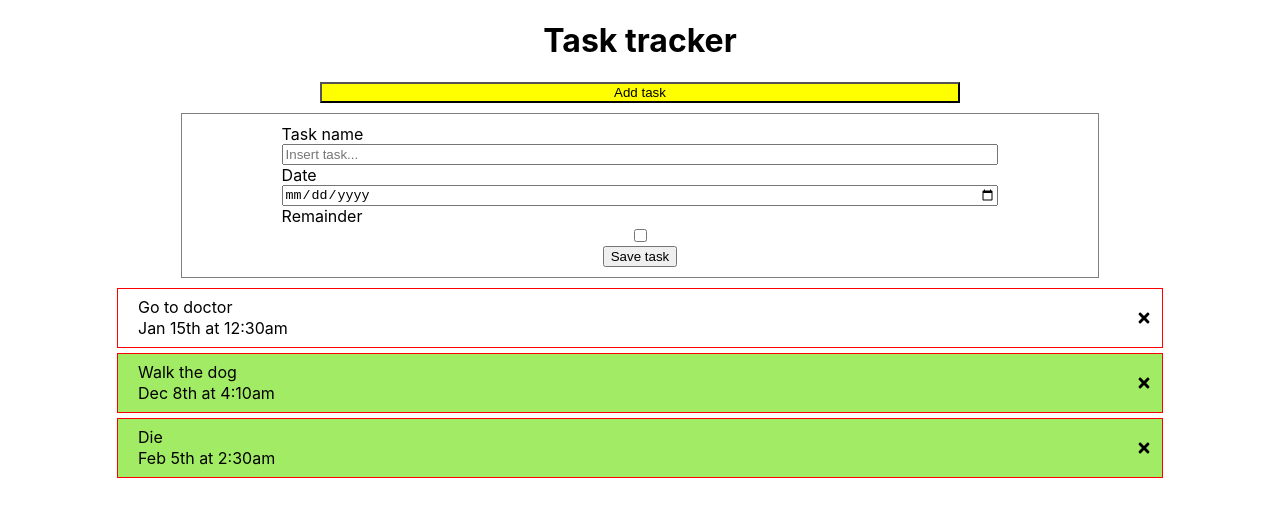
Repository: roscaImarius/task-tracker-react
Page: /
The author's editor kept a copy of each file at every save. The page is drawn from the files as they stood at one save, then again after the next save.
The browser window is 1280 px wide. The pictures show the whole page.
The project was rebuilt for these pictures with package versions that can differ from the ones it lists, and the page was loaded fresh each time.

Above is the page before, as saved 2021-03-31 12:18:44.

### src/App.js
import "./App.css";
import Header from "./components/Header";
import React, { useState } from "react";

function App() {
  const [showAdd, setShowAdd] = useState(false);
  const [tasks, setTasks] = useState([
    {
      id: 1,
      text: "Go to doctor",
      day: "Jan 15th at 12:30am",
      reminder: false,
    },
    {
      id: 2,
      text: "Walk the dog",
      day: "Dec 8th at 4:10am",
      reminder: true,
    },
    {
      id: 3,
      text: "Die",
      day: "Feb 5th at 2:30am",
      reminder: true,
    },
  ]);

  // show add form
  const onClickAdd = () => {
    setShowAdd(true);
  };

  // add task
  const onSaveTask = (task) => {
    let randId = new Date().getTime();
    const newTask = { id: randId, ...task };
    console.log(newTask);
    setTasks([...tasks, newTask]);
  };

  //delete task
  const onDelete = (id) => {
    setTasks(tasks.filter((t) => t.id !== id));
  };
  // Mark task
  const onDubleClick = (id) => {
    setTasks(
      tasks.map((task) =>
        task.id === id ? { ...task, reminder: !task.reminder } : task
      )
    );
  };
  return (
    <div className="App">
      <Header
        showAdd={showAdd}
        setShowAdd={setShowAdd}
        title={"Task tracker"}
        onDelete={onDelete}
        onSaveTask={onSaveTask}
        onClickAdd={onClickAdd}
        onDubleClick={onDubleClick}
        tasks={tasks}
      />
      {tasks.length === 0 ? <p>No tasks to show</p> : null}
    </div>
  );
}

export default App;

### src/App.css
.App {
  text-align: center;
}

/* HEADER */
.header-container{
  display: flex;
  flex-direction: column;
}
.add-btn{
  margin: auto;
  width: 50%;
}
.task {
  display: flex;
  justify-content: space-between;
  padding-left: 20px;
  margin: auto;
line-height: 5px;
margin-bottom: 5px;
border: 1px solid red;
width: 80%;
text-align: start;
}
.x{
  margin-right: 10px;
  margin: auto 5px;
  cursor: pointer;
  padding: 5px;
}
.marked{
  background-color: rgb(161, 236, 100);
}
/* FORM */
.form-field{
  margin: 0 auto;
  display: flex;
  flex-direction: column;
  text-align: start;
  width: 80%;
  box-sizing: border-box;
}
.form-container{
  margin: auto;
  width: 70%;
  display: inline-block;
  padding: 10px;
  border: 1px solid gray;
  margin-bottom: 10px;
}

### src/components/Header.js
import React, { useState } from "react";
import PropTypes from "prop-types";
import Tasks from "./Tasks";
import Button from "./Button";
import AddTask from "./AddTask";

const Header = ({
  title,
  onClickAdd,
  onDelete,
  onSaveTask,
  onDubleClick,
  tasks,
}) => {
  return (
    <header className="header-container">
      <h1>{title}</h1>
      <Button onClick={onClickAdd} color="yellow" />

      <AddTask onSaveTask={onSaveTask} />
      <Tasks onDelete={onDelete} onDubleClick={onDubleClick} tasks={tasks} />
    </header>
  );
};

Header.defaultProps = {
  title: "Task tracker",
};

Header.propTypes = {
  title: PropTypes.string.isRequired,
};

export default Header;

### src/components/Tasks.js
import React from "react";
import Task from "./Task";

const Tasks = ({ tasks, onDubleClick, onDelete }) => {
  return (
    <div>
      {tasks.map((t) => (
        <Task
          key={t.id}
          onDubleClick={onDubleClick}
          onDelete={onDelete}
          t={t}
        />
      ))}
    </div>
  );
};

export default Tasks;

### src/components/Button.js
import React from 'react'

const Button = ({color, onClick}) => {
    return <button
    onClick={onClick}
     style={{backgroundColor : color, marginBottom: "10px"}}
     className="add-btn"
     >Add task</button>
}
Button.defaultProps ={
    color : 'blue',

}

export default Button

### src/components/AddTask.js
import React, { useState } from "react";

const AddTask = ({ onSaveTask }) => {
  const [text, setText] = useState("");
  const [date, setDate] = useState("");
  const [remainder, setRemainder] = useState(false);
  const [textAdded, setTextAdded] = useState(true);

  const onSubmit = (e) => {
    e.preventDefault();
    if (!text) {
      setTextAdded(false);
      return;
    }

    onSaveTask({ text, date, remainder });

    setText("");
    setDate("");
    setRemainder(false);
  };

  console.log(text, date, remainder);
  return (
    <form className="form-container" onSubmit={onSubmit}>
      <div className="form-field">
        <label htmlFor="text">Task name</label>
        <input
          type="text"
          value={text}
          id="text"
          placeholder="Insert task..."
          onChange={(e) => {
            setTextAdded(true);
            setText(e.target.value);
          }}
        />
        {!textAdded ? <p>* Required!</p> : ""}
      </div>
      <div className="form-field">
        <label htmlFor="date">Date</label>
        <input
          type="date"
          id="date"
          value={date}
          onChange={(e) => setDate(e.target.value)}
        />
      </div>
      <div className="form-field">
        <label htmlFor="remainder">Remainder</label>
        <input
          type="checkbox"
          id="remainder"
          checked={remainder}
          onChange={(e) => setRemainder(e.currentTarget.checked)}
        />
      </div>
      <input type="submit" value="Save task" />
    </form>
  );
};

export default AddTask;

### src/components/Task.js
import React from "react";
import { FaTimes } from "react-icons/fa";

const Task = ({ t, onDubleClick, onDelete }) => {
  return (
    <div
      onDoubleClick={() => onDubleClick(t.id)}
      className={t.reminder ? "marked task" : "task"}
    >
      <div>
        <p>{t.text}</p>
        <p>{t.day}</p>
      </div>
      <FaTimes className="x" onClick={() => onDelete(t.id)} />
    </div>
  );
};

export default Task;

Loaded but not shown: public/index.html (common file); src/index.js (common file); src/index.css (common file); src/reportWebVitals.js (common file)

After the next save:
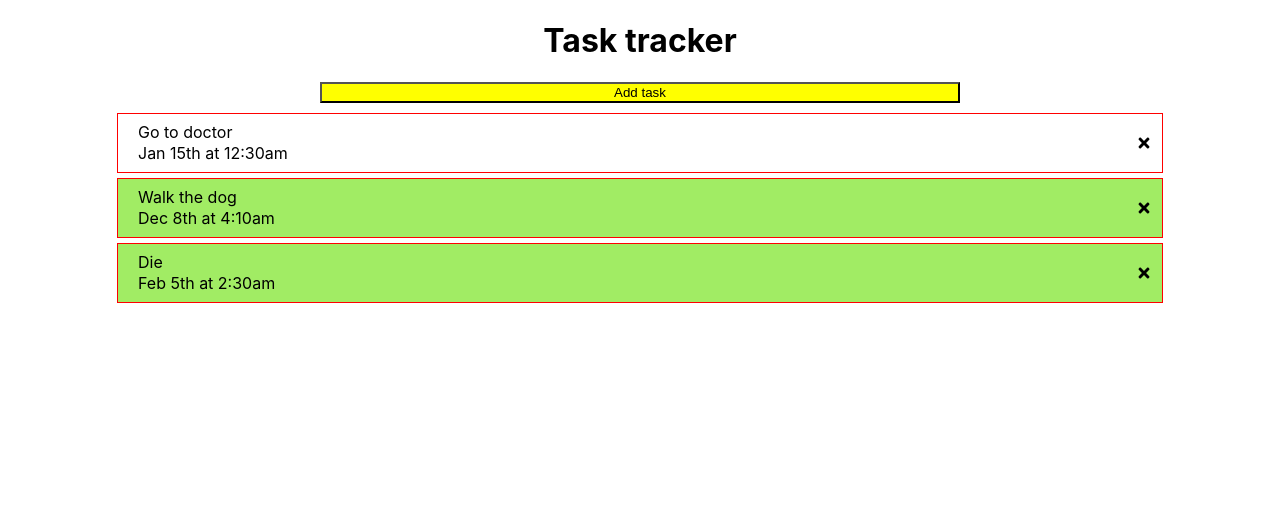
Saved 9 s later.
--- a/src/components/Header.js
+++ b/src/components/Header.js
@@ -11,13 +11,15 @@ const Header = ({
   onSaveTask,
   onDubleClick,
   tasks,
+  showAdd,
+  setShowAdd,
 }) => {
   return (
     <header className="header-container">
       <h1>{title}</h1>
       <Button onClick={onClickAdd} color="yellow" />
 
-      <AddTask onSaveTask={onSaveTask} />
+      {showAdd && <AddTask onSaveTask={onSaveTask} />}
       <Tasks onDelete={onDelete} onDubleClick={onDubleClick} tasks={tasks} />
     </header>
   );
